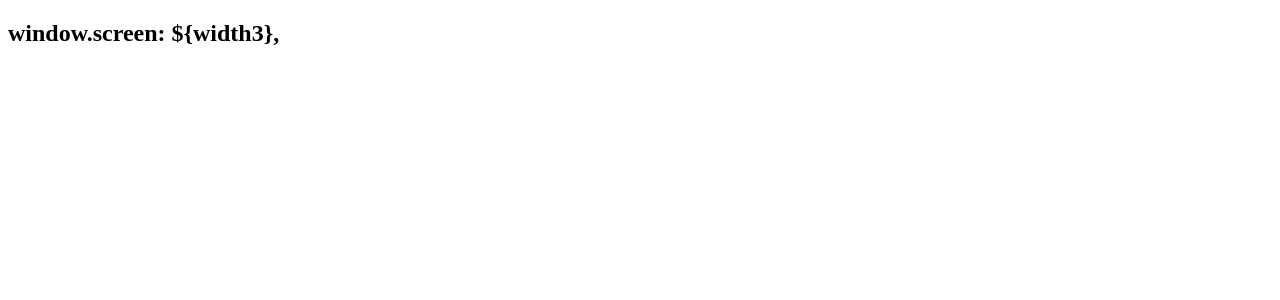
Repository: woojinShim/Browser-Study
Page: window_size.html
These files come from the project's save history. The page is drawn as it stood at one moment and after the next save; the edit follows.
The browser window is 1280 px wide. The pictures show the whole page.

Above is the page before, as saved 2022-02-02 11:56:52.

### window_size.html
<!DOCTYPE html>
<html lang="en">
<head>
    <meta charset="UTF-8">
    <meta http-equiv="X-UA-Compatible" content="IE=edge">
    <meta name="viewport" content="width=device-width, initial-scale=1.0">
    <title>Size</title>
    <script>

            let width3 = window.innerWidth;
            let height3 = window.innerHeight;

    </script>
</head>
<body>
    <h2>window.screen: ${width3}, </h2>
</body>
</html>

After the next save:
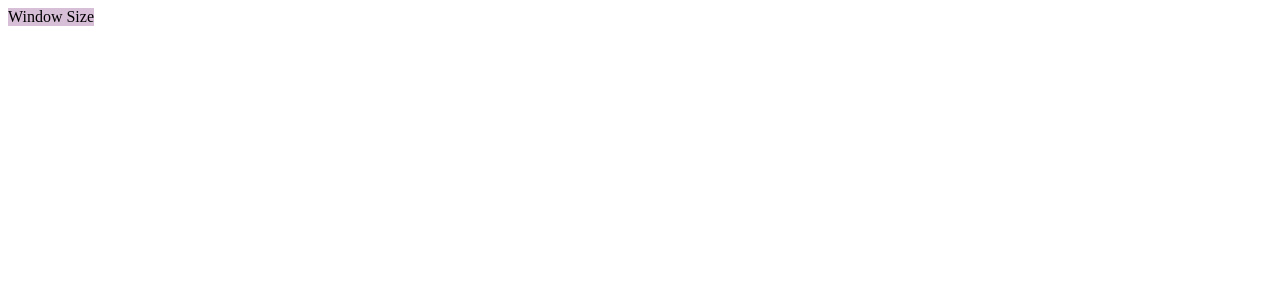
Saved 6 min 38 s later.
--- a/window_size.html
+++ b/window_size.html
@@ -4,15 +4,16 @@
     <meta charset="UTF-8">
     <meta http-equiv="X-UA-Compatible" content="IE=edge">
     <meta name="viewport" content="width=device-width, initial-scale=1.0">
-    <title>Size</title>
-    <script>
-
-            let width3 = window.innerWidth;
-            let height3 = window.innerHeight;
-
-    </script>
+    <title>Window Size</title>
+    <style>
+        .tag {
+            display: inline-block;
+            background: thistle;
+        }
+    </style>
 </head>
 <body>
-    <h2>window.screen: ${width3}, </h2>
+    <div class="tag">Window Size</div>
+
 </body>
 </html>
